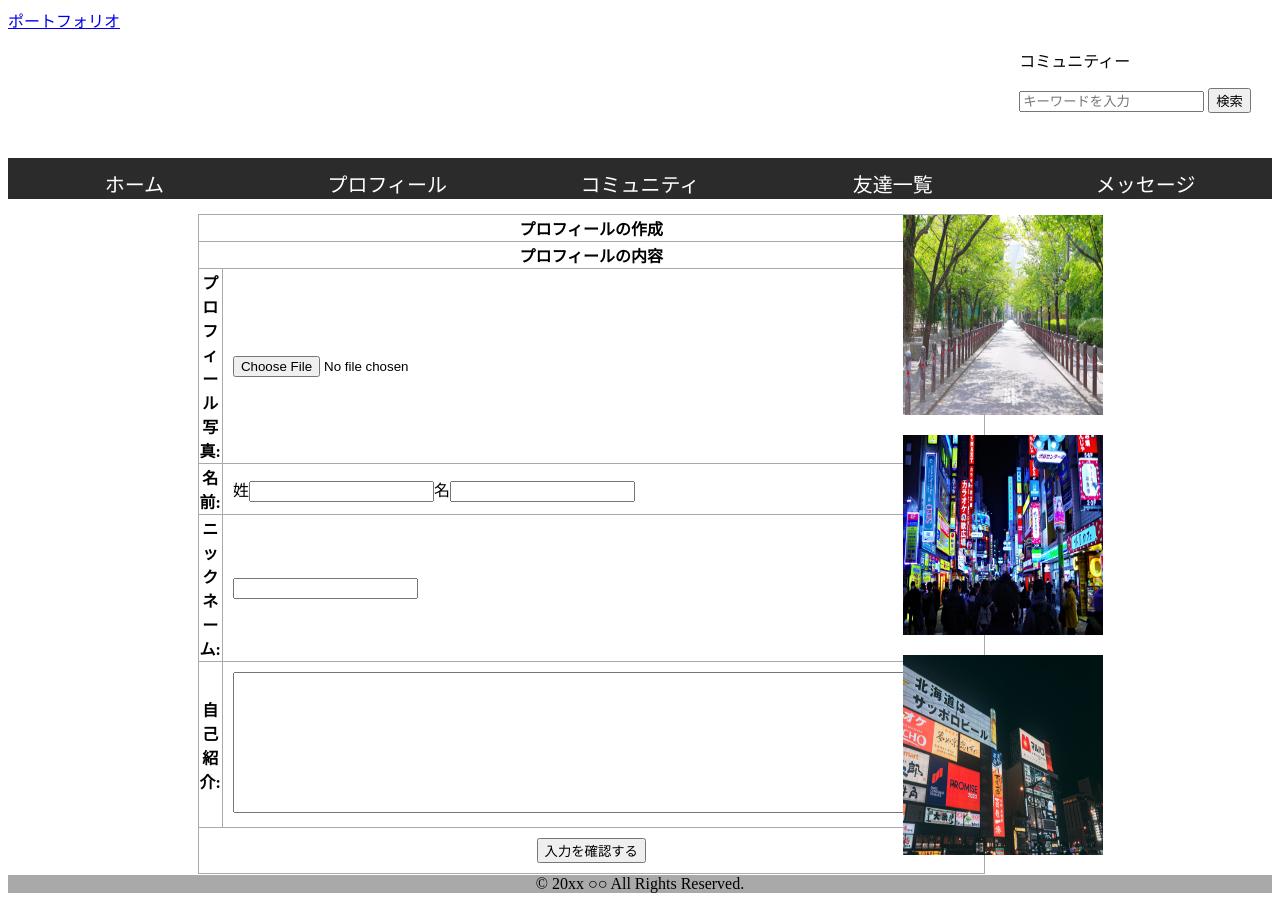
Repository: yuukiabc/samurai_PHP
Page: PFcreate.html
The author's editor kept a record of every edit. The page is drawn from the files as they stood at one moment, then again after the next edit.
The browser window is 1280 px wide. The pictures show the whole page.

Above is the page before.

After the next edit:
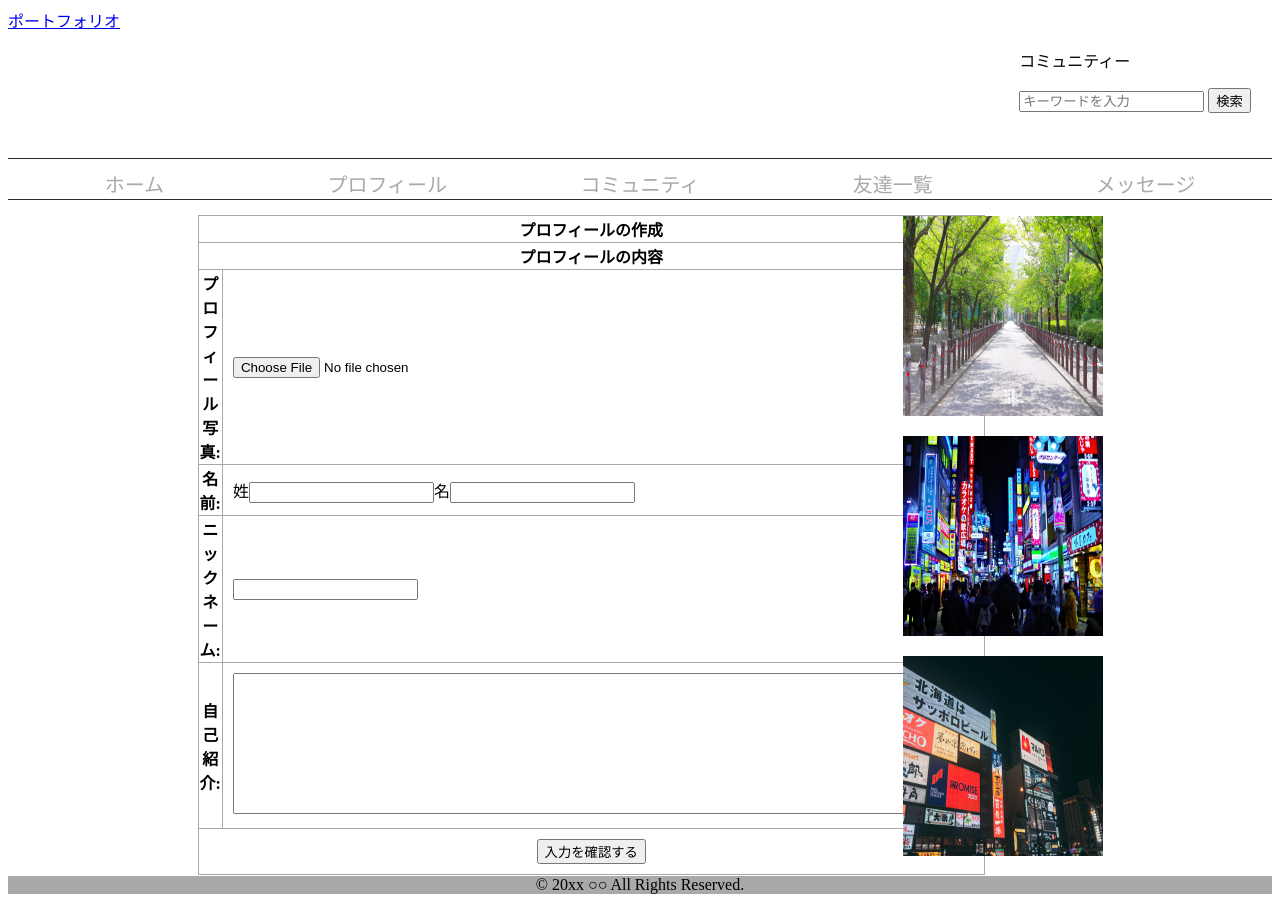
The edit:
--- a/PFcreate.css
+++ b/PFcreate.css
@@ -9,8 +9,13 @@
     margin-left:80%;
 }
 .d{
-    width:100%;
-    overflow:hidden;
+    align-content: center;
+    width: 100%;
+    display: block;
+    margin-left: auto;
+    margin-right: auto;
+    overflow: hidden;
+
 }
 .d ul{
     list-style-type:none;
@@ -23,17 +28,20 @@
     width:20%;
 }
 .d ul li a{
-    background-color:#2b2b2b;
+
     display:block;
     height:20px;
     padding:10px;
     text-decoration: none;
-    color:#ffffff;
+    color:#a9a9a9;
     font-size:20px;
     margin:0;
 }
 .d ul li a:hover{
     filter:drop-shadow(10px 10px 10px black);
+}
+.menu{
+    border-top: 1px solid #2b2b2b;
 }
 .h{
     overflow: hidden;
